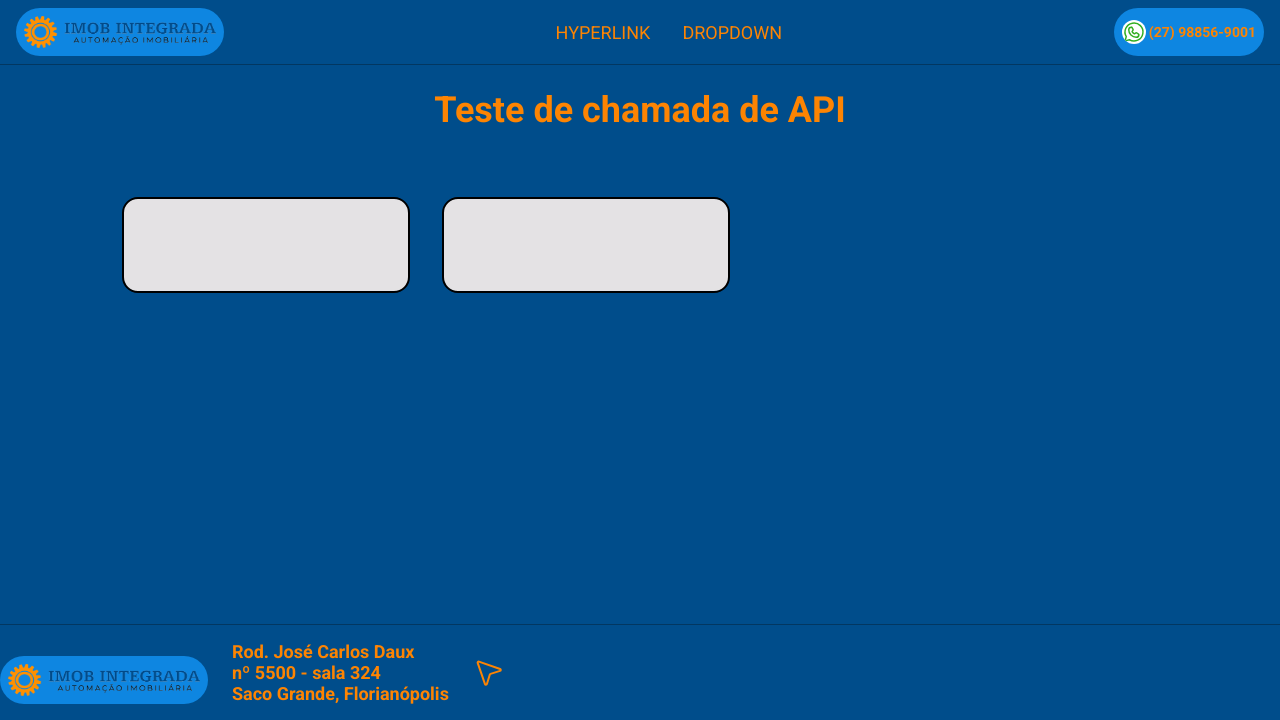
Repository: K0slov/testeAPI
Page: /
These files come from the project's save history. The page is drawn as it stood at one moment and after the next save; the edit follows.
The browser window is 1280 px wide. The pictures show the whole page.
The page's requests for data from a server got no answer. The project was rebuilt for these pictures with package versions that can differ from the ones it lists, and the page was loaded fresh each time. No one was signed in, and anything a server would have sent is missing. Also part of the build but not shown: vite.config.ts, src/components/SelectBar/styles.css, src/components/SelectBar/selectBar.tsx.

Above is the page before, as saved 2022-06-28 16:26:28.

After the next save:
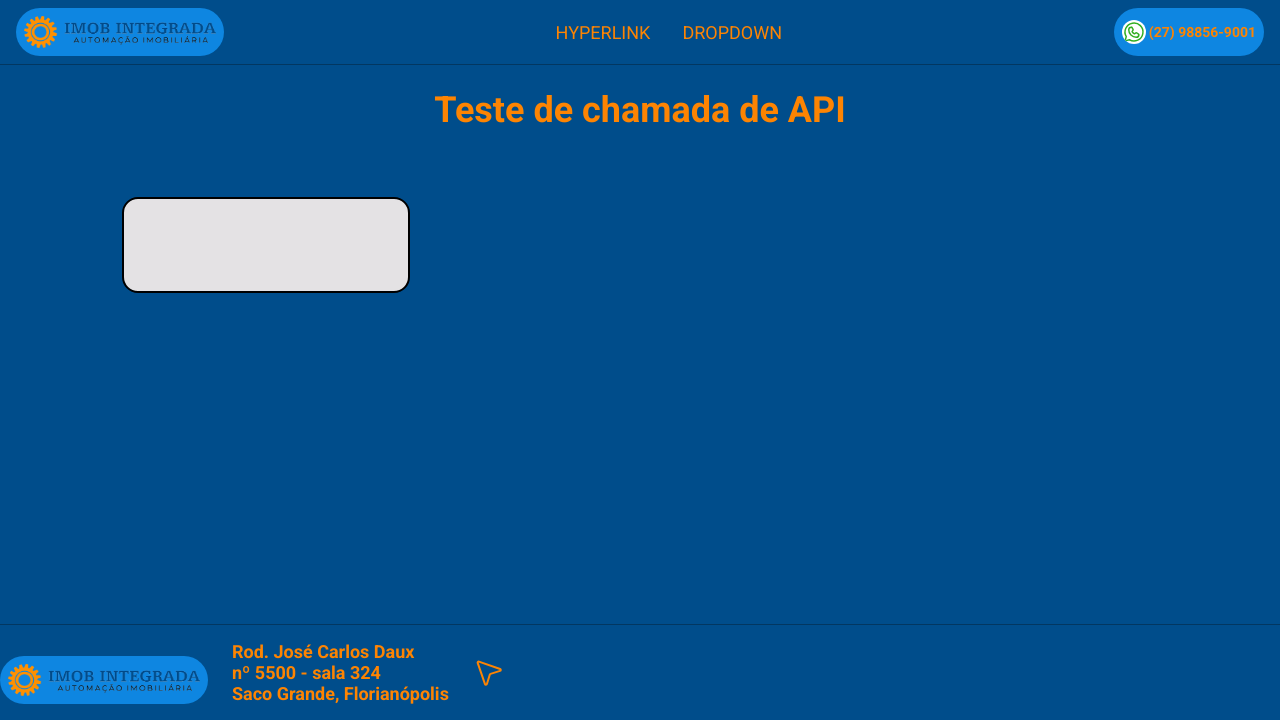
Saved 42 s later.
--- a/src/components/CardsGroup/cardsGroup.tsx
+++ b/src/components/CardsGroup/cardsGroup.tsx
@@ -6,7 +6,6 @@ export function CardsGroup() {
         <div className="group">
             <div className="double">
                 <Card />
-                <Card />
             </div>
         </div>
     )
